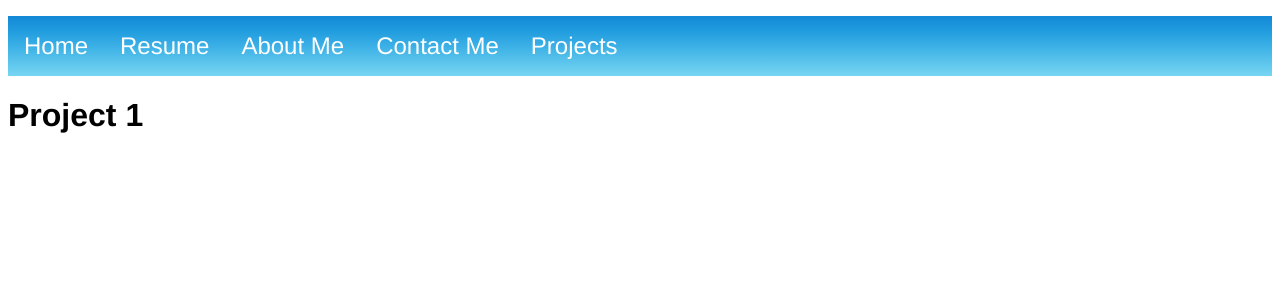
Repository: TangDylan/TangDylan.github.io
Page: contactme.html
The author's editor kept a record of every edit. The page is drawn from the files as they stood at one moment, then again after the next edit.
The browser window is 1280 px wide. The pictures show the whole page.

Above is the page before.

### contactme.html
<!DOCTYPE html>
<html>
    <head>

        <title>Project 1</title>

        <link rel="stylesheet" type="text/css" href="style.css">

    </head>

    <body>

      <ul class="navbar">
        <li><a href="index.html">Home</a></li>
        <li><a href="resume.html">Resume</a></li>
        <li><a href="aboutme.html">About Me</a></li>
        <li><a href="contactme.html">Contact Me</a></li>
        <li class="dropdown">
          <div>Projects</div>
          <ul class="dropdown-content">
            <li><a href="project1.html">Project 1</a></li>
            <li><a href="project2.html">Project 2</a></li>
            <li><a href="project3.html">Project 3</a></li>

          </ul>

        </li>

      </ul>

        <h1>
          Project 1
        </h1>


    </body>

</html>

### style.css

          * {
            font-family:helvetica;
          }

          .navbar {
            list-style:none;
            background-image: linear-gradient(to bottom, #1388d6, #219cdf, #3bb0e6, #59c3ec, #77d5f2);
            overflow:hidden;
            padding:0;

          }

          .navbar a, .dropdown div {
            text-decoration:none;
            color:white;
            font-size:24px;
            padding: 16px;
            display:inline-block
          }

          .navbar li {
            float:left;
          }

          .navbar li:hover {
          background-color: #77d5f2;
          }

          .dropdown-content {
            list-style:none;
            padding:0;
            display:none;
            position:absolute;
            z-index:1;
            background-color:black;
          }

          .dropdown-content li {
            float:none;
          }

          .dropdown:hover .dropdown-content {
           display:block;
           background-image: linear-gradient(to bottom, #ffbf29, #ffc53f, #ffca52, #ffd063, #ffd573);
          }

          .active {
           background-color:orange;
          }

After the next edit:
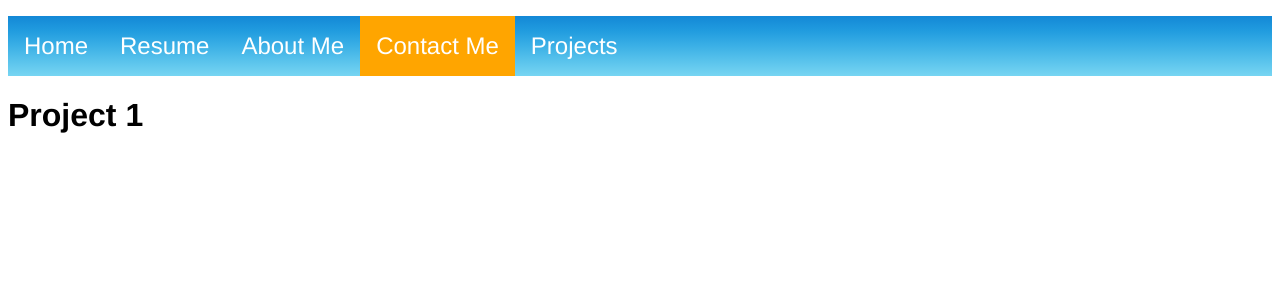
The edit:
--- a/contactme.html
+++ b/contactme.html
@@ -14,7 +14,7 @@
         <li><a href="index.html">Home</a></li>
         <li><a href="resume.html">Resume</a></li>
         <li><a href="aboutme.html">About Me</a></li>
-        <li><a href="contactme.html">Contact Me</a></li>
+        <li class="active"><a href="contactme.html">Contact Me</a></li>
         <li class="dropdown">
           <div>Projects</div>
           <ul class="dropdown-content">
